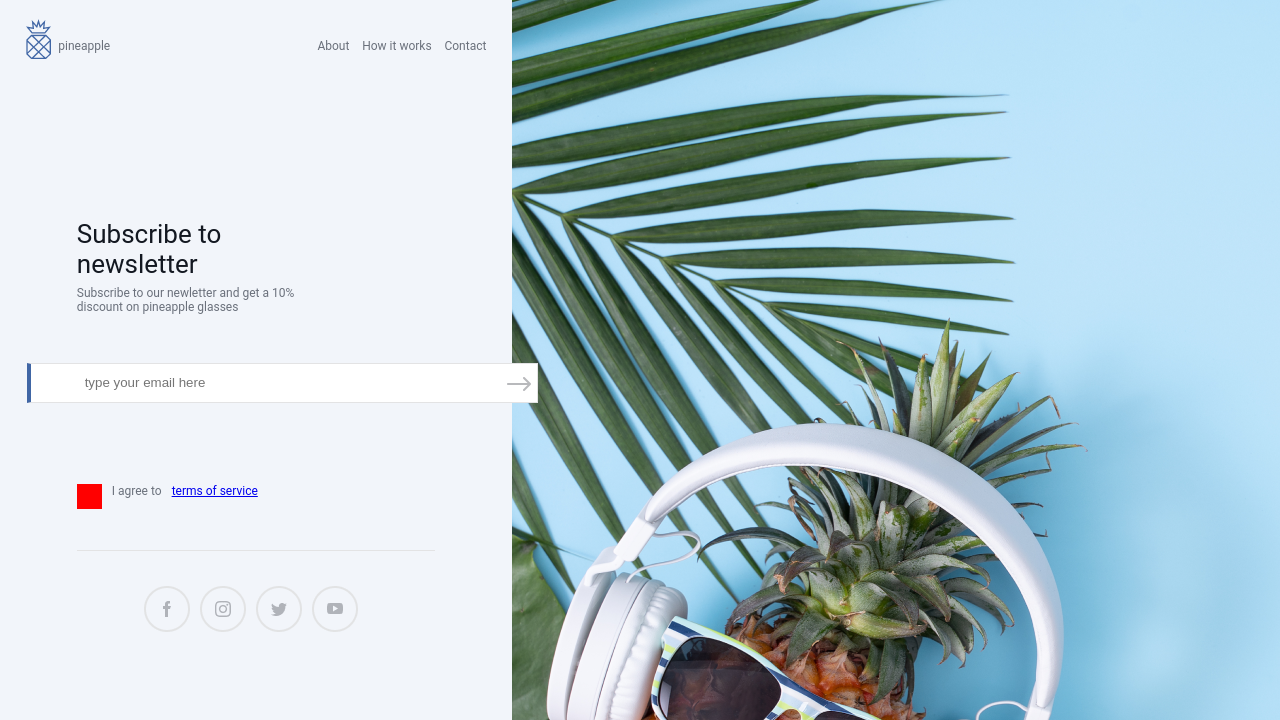
Repository: PaulsBebris/megabit-task
Page: /
The author's editor kept a copy of each file at every save. The page is drawn from the files as they stood at one save, then again after the next save.
The browser window is 1280 px wide. The pictures show the whole page.
The first `.checkbox-wrapper input` is checked.
The project was rebuilt for these pictures with package versions that can differ from the ones it lists, and the page was loaded fresh each time.

Above is the page before, as saved 2021-04-19 20:13:29.

### src/App.vue
<template>
  <div id="app">
    <router-view/>
  </div>
</template>

<style lang="scss">
* {
  padding: 0;
  margin: 0;
  box-sizing: border-box;
}
@import "./assets/scss/defaults.scss";
@font-face {
  font-family: "Roboto";
  src: local("Roboto"), url(./assets/fonts/Roboto.ttf) format("truetype");
  src: url();
}
@font-face {
  font-family: "Roboto";
  src: local("Roboto-Thin"), url(./assets/fonts/Roboto-Thin.ttf) format("truetype");
  src: url();
}

#app {
  font-family: Roboto, Helvetica, Arial, sans-serif;
  -webkit-font-smoothing: antialiased;
  -moz-osx-font-smoothing: grayscale;
  color: $grey;
  overflow: hidden;
  font-size: $default-font-size;
}

</style>

### src/router/index.js
import Vue from 'vue'
import VueRouter from 'vue-router'
import Home from '../views/Home.vue'

Vue.use(VueRouter)

const routes = [
  {
    path: '/',
    name: 'Home',
    component: Home
  }
]

const router = new VueRouter({
  routes
})

export default router

// {
// path: '/about',
// name: 'About',
// route level code-splitting
// this generates a separate chunk (about.[hash].js) for this route
// which is lazy-loaded when the route is visited.
// component: () => import(/* webpackChunkName: "about" */ '../views/About.vue')
// }

### src/assets/scss/_defaults.scss
$blue: #4066A5;
$black: #131821;
$grey: #6A707B;
$light-grey: #E3E3E4;
$light-blue: #F2F5FA;

$default-font-size: 12px;
$header-font-size: 26px;

### src/views/Home.vue
<template>
  <div class="home">
    <div class="page-wrapper">
      <div class="header-wrapper">
        <div class="logo">
          <img src="../assets/img/pineapple.png" alt="pineapple">
          <span>pineapple</span>
        </div>
        <div class="main-menu">
          <div>About</div>
          <div>How it works</div>
          <div>Contact</div>
        </div>
      </div>
      <div class="content-wrapper">
        <div>Subscribe to newsletter</div>
        <p>Subscribe to our newletter and get a 10% discount on pineapple glasses</p>
      </div>
      <div class="subscribe-form-wrapper">
        <input type="text" placeholder="type your email here" @click="onSubscribe" v-model="email" >
        <div class="submit-button">
          <span>
            <img src="../assets/img/ic_arrow.svg" alt="arrow">
          </span>
        </div>
      </div>
      <div class="terms-of-use">

        <div class="checkbox-wrapper" @click="onAgreeToTerms">
          <input type="checkbox" v-bind:checked=agreeToTerms id="">
          <span class="check"></span>
        </div>

        <span class="terms-text">I agree to</span>
        <a href="#">terms of service</a>
      </div>
      <div class="separator">
        <div class="separator-line"></div>
      </div>
      <div class="social-wrapper">
        <div class="icons-wraper">
          <img src="../assets/img/Facebook.png" alt="facebook">
          <img src="../assets/img/Instagram.png" alt="instagram">
          <img src="../assets/img/Twitter.png" alt="twitter">
          <img src="../assets/img/Youtube.png" alt="youtube">
        </div>
      </div>
    </div>
    <div class="base-image">
      <img :src=sommer alt="">
    </div>
  </div>
</template>

<script>
import sommer from '@/assets/img/sommer.png'

export default {
  name: 'Home',
  components: {},
  data () {
    return {
      sommer,
      email: '',
      agreeToTerms: ''
    }
  },
  methods: {
    onSubscribe () {
      // axios send data
    },
    onAgreeToTerms () {
      this.agreeToTerms === '' ? this.agreeToTerms = 'checked' : this.agreeToTerms = ''
    }
  }
}
</script>

<style lang="scss" scoped>
@import "../assets/scss/defaults.scss";
.home {
  display: flex;
  width: 680px;
  height: 100vh;
  // color: $blue;
  // overflow: hidden;
}
.page-wrapper {
  width: 40vw;
  height: 1080px;
  background-color: $light-blue;
}
.base-image {
  width: 60vw;
}
.base-image img {
  max-height: 1080px;
}
.header-wrapper {
  display: flex;
  justify-content: space-between;
  margin: 5% 0 30% 0;
  align-items: center;
}
.logo {
  margin-left: 5%;
  display: flex;
  align-items: center;
}
.logo img {
  margin-right: 10%;
  position: relative;
  top: -7px;
}
.main-menu {
  margin-right: 5%;
  display: flex;
  justify-content: space-between;
  width: 33%;
}
.content-wrapper {
  padding-left: 15%;
  padding-right: 38%;
}
.content-wrapper :first-child {
  margin-bottom: 3%;
  font-size: $header-font-size;
  color: $black;
}
.content-wrapper p {
  margin-bottom: 20%;
}
.subscribe-form-wrapper {
  display: flex;
  justify-content: right;
  width: 42vw;
  margin-bottom: 16%;
}
.subscribe-form-wrapper input {
  border: none;
  border-left: 4px solid $blue;
  padding-left: 10%;
  margin-left: 5%;
  height: 40px;
  z-index: 2;
  width: 90%;
  border-top: 1px solid $light-grey;
  border-bottom: 1px solid $light-grey;
}
.submit-button {
  z-index: 2;
  width: 38px;
  background-color: #fff;
  border-top: 1px solid $light-grey;
  border-right: 1px solid $light-grey;
  border-bottom: 1px solid $light-grey;
  height: 40px;
}
.submit-button {
  display: flex;
  justify-content: center;
  align-items: center;
}
.submit-button span {
  margin-top: 5px;
}
.terms-of-use {
  display: flex;
  margin-left: 15%;
}
.terms-of-use .terms-text {
  padding-left: 25px;
}
  /*
  *
  *
  *
  *
  */
.checkbox-wrapper {
  display: block;
  position: relative;
  cursor: pointer;
  -webkit-user-select: none;
  -moz-user-select: none;
  -ms-user-select: none;
  user-select: none;
}
.checkbox-wrapper input {
  position: absolute;
  opacity: 0;
  cursor: pointer;
  height: 0;
  width: 0;
}
.check {
  position: absolute;
  top: 0;
  left: 0;
  height: 25px;
  width: 25px;
  background-color: $blue;
  margin-right: 10px;
}
.checkbox-wrapper:hover input ~ .check {
  background-color: $grey;
}
// TODO-MAKE THIS DYNAIMC ON CLICK
.checkbox-wrapper input:checked ~ .check {
  background-color: red;
}
.check::after {
  content: "";
  position: absolute;
  display: none;
}
.checkbox-wrapper input:checked ~ .check:after {
  display: block;
}
/*
*
*
*
*
*/
.terms-of-use > * {
  margin-right: 10px;
}
.separator {
  margin-top: 10%;
}
.separator-line {
  border-bottom: 1px solid $light-grey;
  margin: 0 15% 0 15%;
}
.social-wrapper {
  display: flex;
  // align-items: center;
  justify-content: center;
  margin-top: 7%;
}
.icons-wraper > *{
  padding-right: 10px;
}
// mobile
@media screen and (max-width: 1024px) {
  .base-image {
    display: none;
  }
  .page-wrapper {
    width: 100vw;
    background-image: url('../assets/img/sommer.png');
    background-repeat: no-repeat;
    background-position: center;
    background-attachment: fixed;
    background-size: cover;
    max-height: 746px;
  }
}
</style>

Loaded but not shown: public/index.html (common file); src/main.js (common file); src/store/index.js (common file)

After the next save:
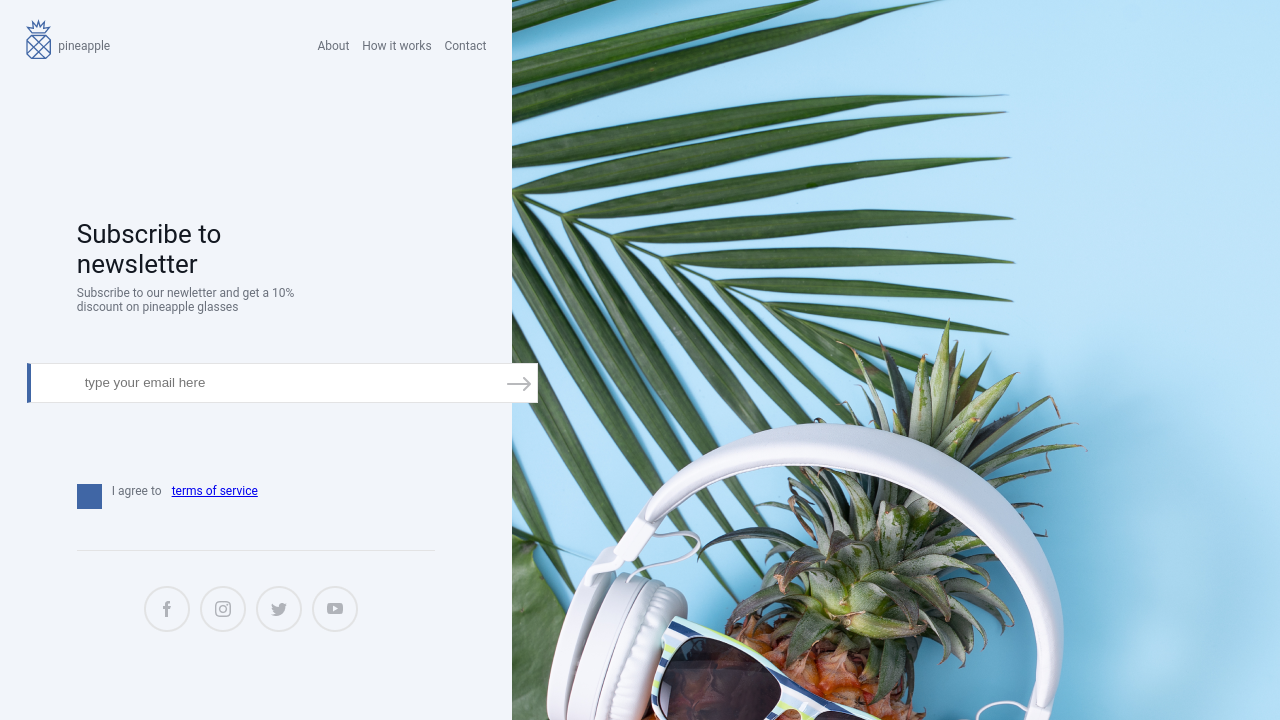
Saved 73 s later.
--- a/src/views/Home.vue
+++ b/src/views/Home.vue
@@ -207,7 +207,7 @@ export default {
 }
 // TODO-MAKE THIS DYNAIMC ON CLICK
 .checkbox-wrapper input:checked ~ .check {
-  background-color: red;
+  background-color: $blue;
 }
 .check::after {
   content: "";
